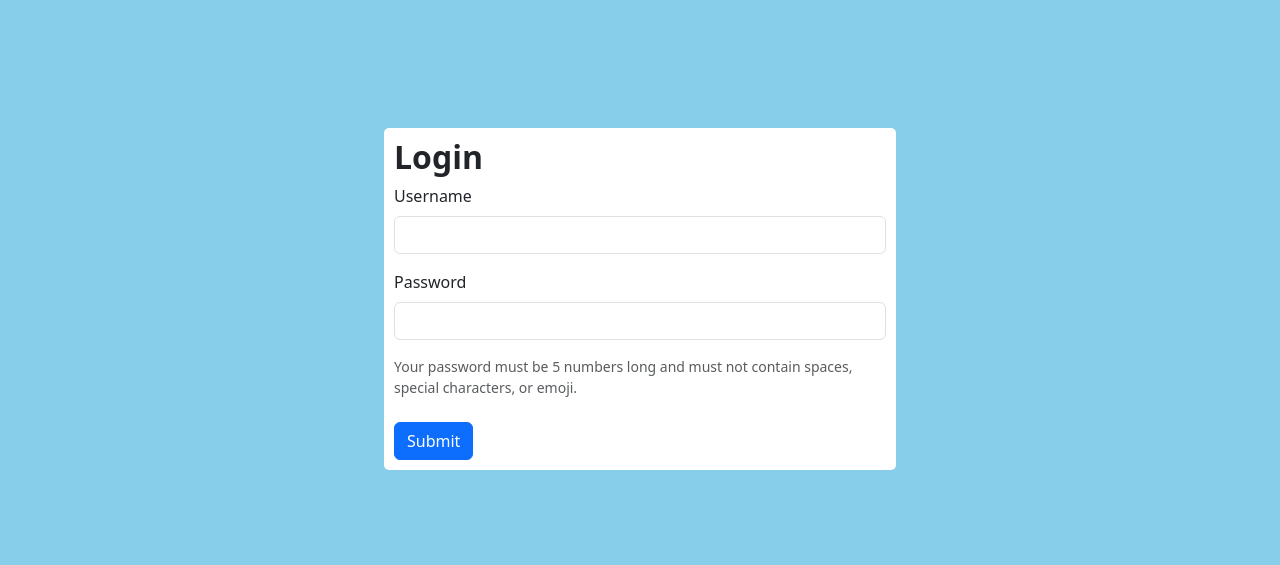
Repository: sarathraj2002/todo-list
Page: login.html
The author's editor kept a copy of each file at every save. The page is drawn from the files as they stood at one save, then again after a run of saves.
The browser window is 1280 px wide. The pictures show the whole page.

Above is the page before, as saved 2024-09-05 11:20:17.

### login.html
<!DOCTYPE html>
<html lang="en">
<head>
    <meta charset="UTF-8">
    <meta name="viewport" content="width=device-width, initial-scale=1.0">
    <title>login</title>
    <link rel="stylesheet" href="bootstrap.min.css">
    <link rel="stylesheet" href="style.css">
</head>
<body>

    <form class="form">
        <h2><b>Login</b></h2>
        <div class="mb-3">
          <label for="exampleInputUsername1" class="form-label">Username</label>
          <input type="test" class="form-control" id="username" >

        </div>
        <div class="mb-3 ">
          <label for="exampleInputPassword1" class="form-label">Password</label>
          <input type="password" class="form-control" id="password">
        </div>
        <div id="passwordHelpBlock" class="form-text">
            Your password must be 5 numbers long and must not contain spaces, special characters, or emoji.
          </div>
          <br>

        <button type="submit" class="btn btn-primary">Submit</button>
      </form>

    <script src="script.js"></script>
</body>
</html>

### style.css
body{
    background-color: skyblue;
    background-size: cover;
}
.container{
    height: 100px;
    padding-top: 10%;

}
.form{
    height: 100%;
    width: 40%;
    padding: 10px;
    border-color:black;
    margin-left: 30%;
    border-radius: 5px;
    background-color: white;
    margin-top: 10%;

}

Loaded but not shown: bootstrap.min.css (library); script.js (no stored copy; drawn as an empty file)

After the next 2 saves:
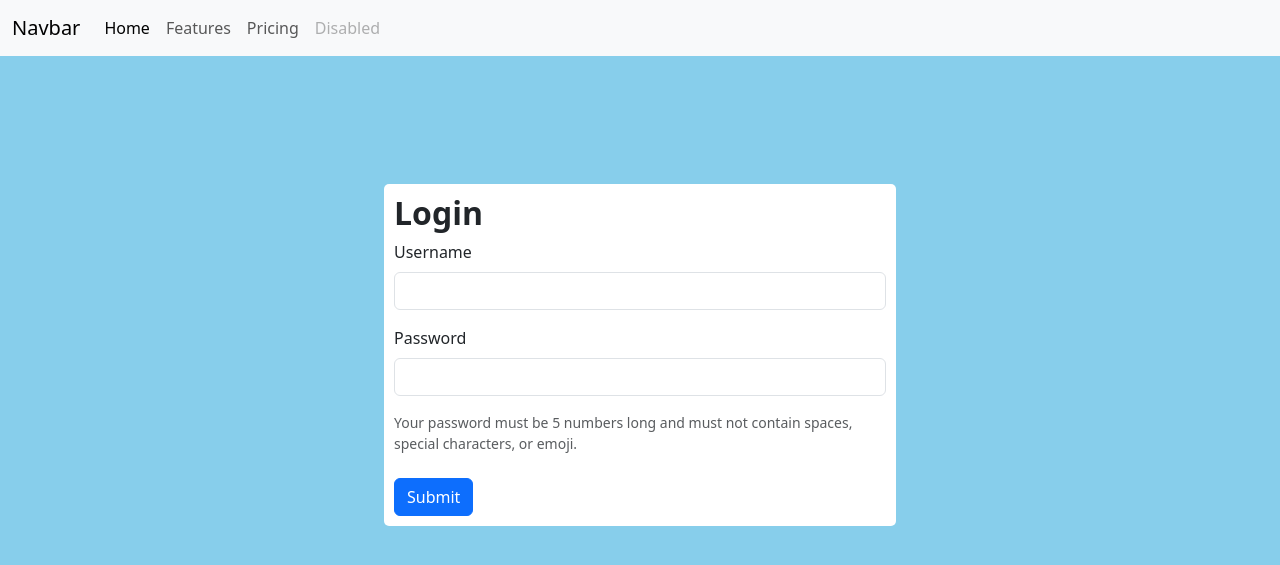
The 2 saves are shown as one change because they came seconds apart.
The last was saved 7 s later.
--- a/login.html
+++ b/login.html
@@ -8,6 +8,30 @@
     <link rel="stylesheet" href="style.css">
 </head>
 <body>
+    <nav class="navbar navbar-expand-lg bg-body-tertiary">
+        <div class="container-fluid">
+          <a class="navbar-brand" href="#">Navbar</a>
+          <button class="navbar-toggler" type="button" data-bs-toggle="collapse" data-bs-target="#navbarNav" aria-controls="navbarNav" aria-expanded="false" aria-label="Toggle navigation">
+            <span class="navbar-toggler-icon"></span>
+          </button>
+          <div class="collapse navbar-collapse" id="navbarNav">
+            <ul class="navbar-nav">
+              <li class="nav-item">
+                <a class="nav-link active" aria-current="page" href="#">Home</a>
+              </li>
+              <li class="nav-item">
+                <a class="nav-link" href="#">Features</a>
+              </li>
+              <li class="nav-item">
+                <a class="nav-link" href="#">Pricing</a>
+              </li>
+              <li class="nav-item">
+                <a class="nav-link disabled" aria-disabled="true">Disabled</a>
+              </li>
+            </ul>
+          </div>
+        </div>
+      </nav>
 
     <form class="form">
         <h2><b>Login</b></h2>
